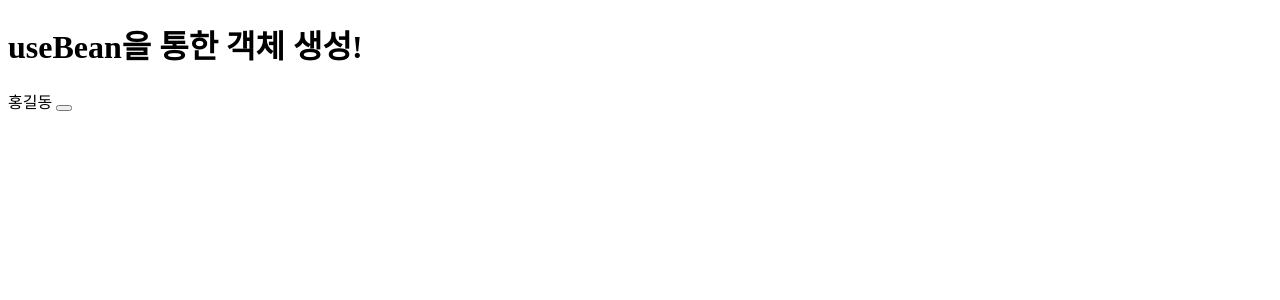
Repository: jmjnssss/CodingTest
Page: http://localhost/Jsp07_EL_JSTL/usebean.jsp
The author's editor kept a copy of each file at every save. The page is drawn from the files as they stood at one save, then again after the next save.
The browser window is 1280 px wide. The pictures show the whole page.
The page is served by Tomcat 9.

Above is the page before, as saved 2021-02-25 00:38:08.

After the next save:
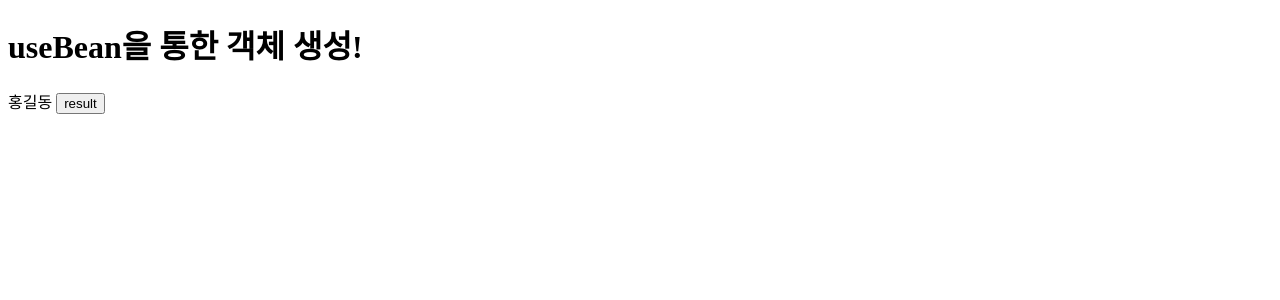
Saved 28 s later.
--- a/Jsp07_EL_JSTL/WebContent/usebean.jsp
+++ b/Jsp07_EL_JSTL/WebContent/usebean.jsp
@@ -22,7 +22,7 @@
 	<!-- sc.getName(); -->
 	<jsp:getProperty property="name" name="sc"/>
 
-	<button onclick="location.href='result.jsp'" value="result"></button>
+	<button onclick="location.href='result.jsp'" value="result">result</button>
 
 </body>
 </html>
